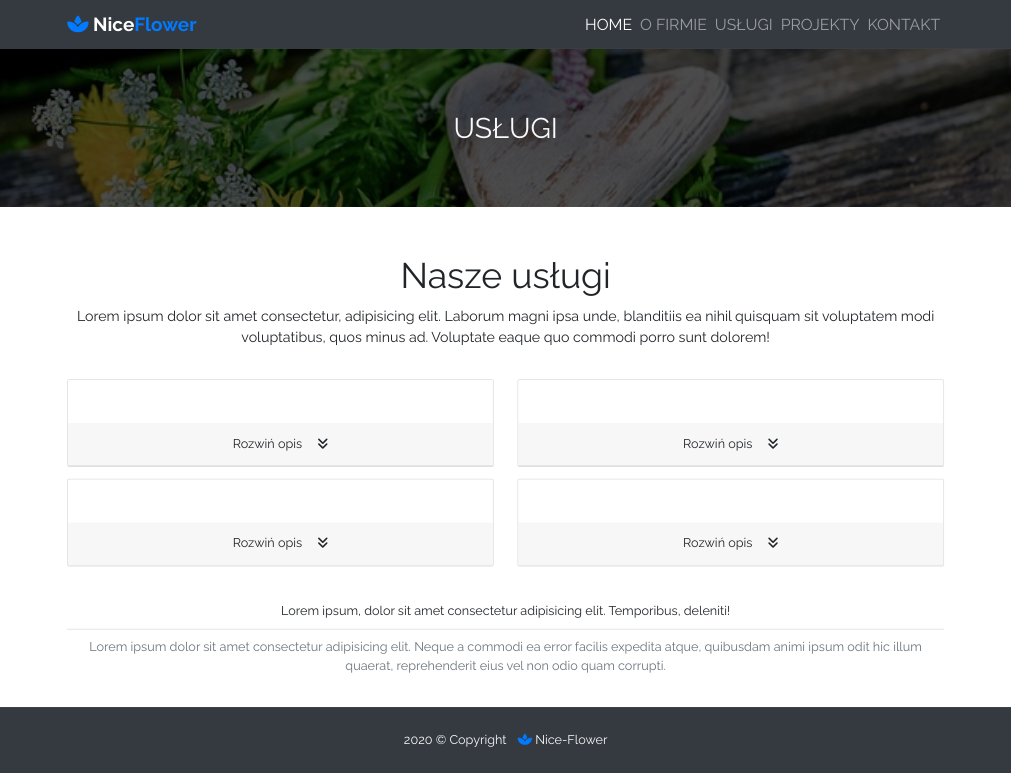
Repository: KrzysKolo/Projekt-13_Kwiaciarnia
Page: services.html
An editor plug-in stored every save of this project. The page is shown before and after the next save, followed by the edit.
The browser window is 1280 px wide. The pictures show the whole page, at 79% of full size.
Some web libraries are served in a nearby version.

Above is the page before, as saved 2020-08-11 10:57:28.

After the next save:
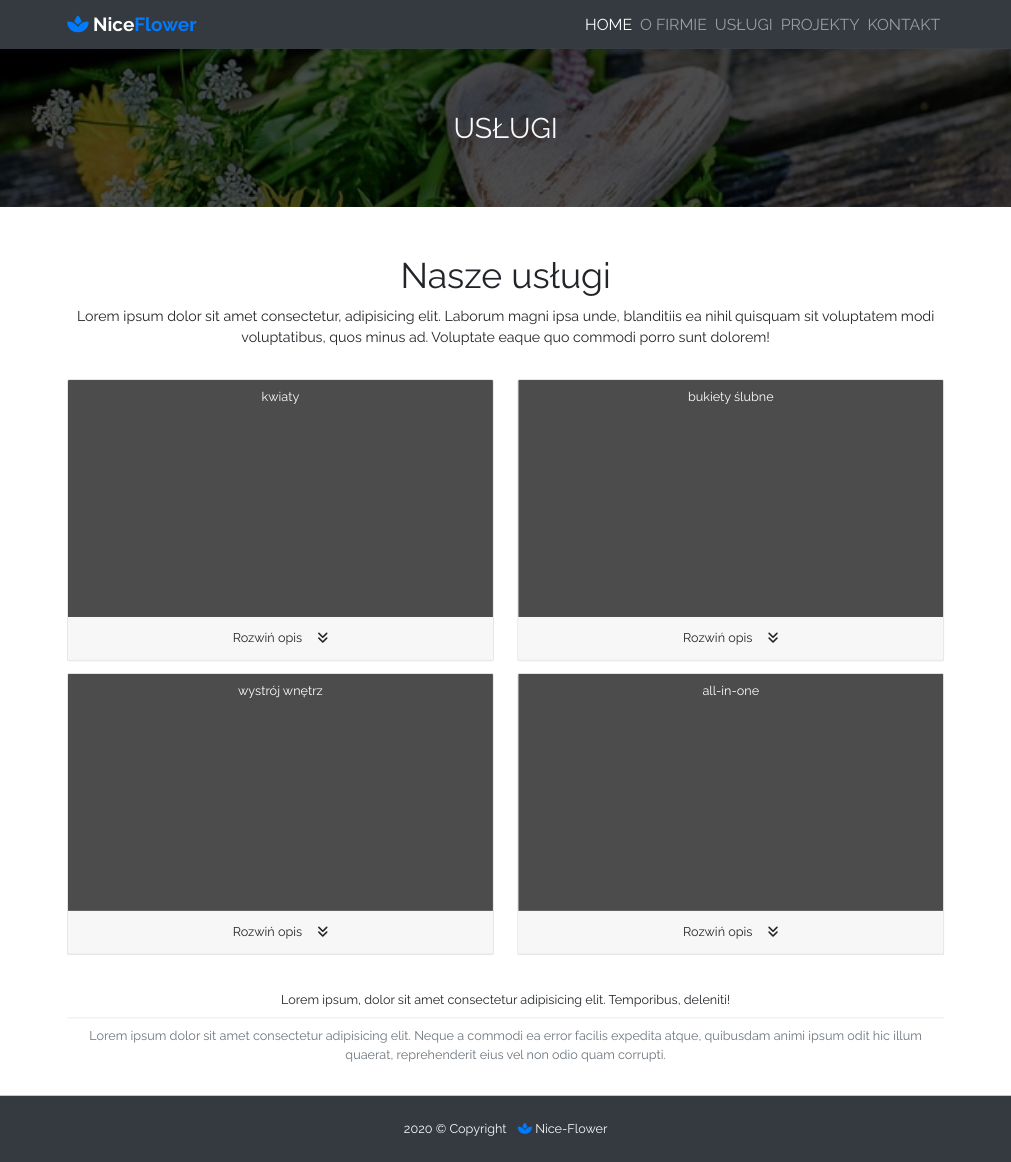
Saved 7 min 47 s later.
--- a/style.css
+++ b/style.css
@@ -151,6 +151,13 @@ header {
   background-position: 0 50%;
 }
 /* ----------- */
+.service-hero-box {
+  position: relative;
+  height: 300px;
+  background-size: cover;
+  z-index: 0;
+}
+/* ----------- */
 /*    footer   */
 /* ----------- */
 footer {
